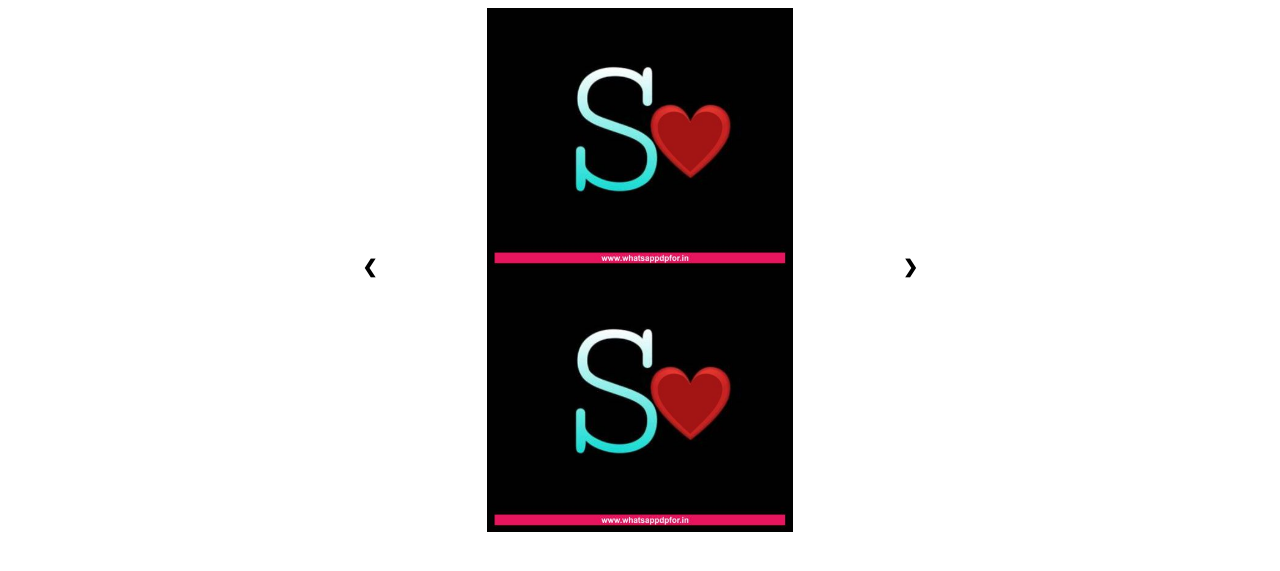
Repository: SAYYODTURINALIYEV/sassasa
Page: slider.html
The author's editor kept a copy of each file at every save. The page is drawn from the files as they stood at one save, then again after the next save.
The browser window is 1280 px wide. The pictures show the whole page.

Above is the page before, as saved 2022-05-19 16:26:19.

### slider.html
<!DOCTYPE html>
<html lang="en">

<head>
    <meta charset="UTF-8">
    <meta http-equiv="X-UA-Compatible" content="IE=edge">
    <meta name="viewport" content="width=device-width, initial-scale=1.0">
    <title>Slider.uz</title>
    <link rel="stylesheet" href="slider.css">
</head>

<body>

    <div class="images-slideshow">
        <div class="imageSlides fade">
            <img src="images/s1.jpg">
            <img src="images/s1.jpg">
        </div>
        <div class="imageSlides fade">
            <img src="images/s2.jpg">
        </div>

        <a class="slider-btn previous" onclick="setSlides(-1)">❮</a>
        <a class="slider-btn next" onclick="setSlides(1)">❯</a>
    </div>


    <script src="slider.js"></script>
</body>

</html>

### slider.css
.imageSlides {
    display: none
}

img {
    margin: auto;
    display: block;
    width: 50%;
}

.images-slideshow {
    max-width: 612px;
    position: relative;
    margin: auto;
}

.slider-btn {
    cursor: pointer;
    position: absolute;
    top: 50%;
    width: auto;
    padding: 8px 16px;
    margin-top: -22px;
    color: rgb(0, 0, 0);
    font-weight: bold;
    font-size: 18px;
    transition: 0.6s ease;
    border-radius: 0 3px 3px 0;
    user-select: none;
    border-radius: 50%;
}

.previous {
    left: 2%;
}

.next {
    right: 2%;
}

### slider.js
var currentIndex = 1;
displaySlides(currentIndex);

function displaySlides(num) {
    var x;
    var slides = document.getElementsByClassName("imageSlides");
    if (num > slides.length) { currentIndex = 1 }
    if (num < 1) { currentIndex = slides.length }
    for (x = 0; x < slides.length; x++) {
        slides[x].style.display = "none";
    }
    slides[currentIndex - 1].style.display = "block";
}

function setSlides(num) {
    displaySlides(currentIndex += num);
}

After the next save:
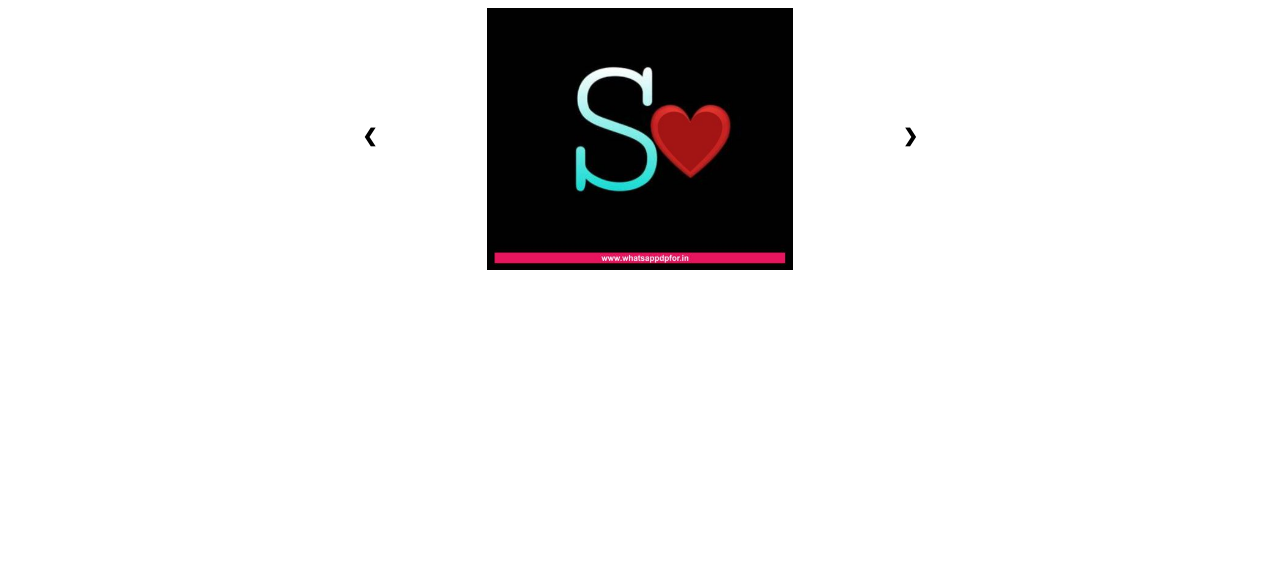
Saved 5 s later.
--- a/slider.html
+++ b/slider.html
@@ -14,12 +14,13 @@
     <div class="images-slideshow">
         <div class="imageSlides fade">
             <img src="images/s1.jpg">
-            <img src="images/s1.jpg">
         </div>
         <div class="imageSlides fade">
             <img src="images/s2.jpg">
         </div>
-
+        <div class="imageSlides fade">
+            <img src="images/s3.jpg">
+        </div>
         <a class="slider-btn previous" onclick="setSlides(-1)">❮</a>
         <a class="slider-btn next" onclick="setSlides(1)">❯</a>
     </div>

After the 2 saves that followed:
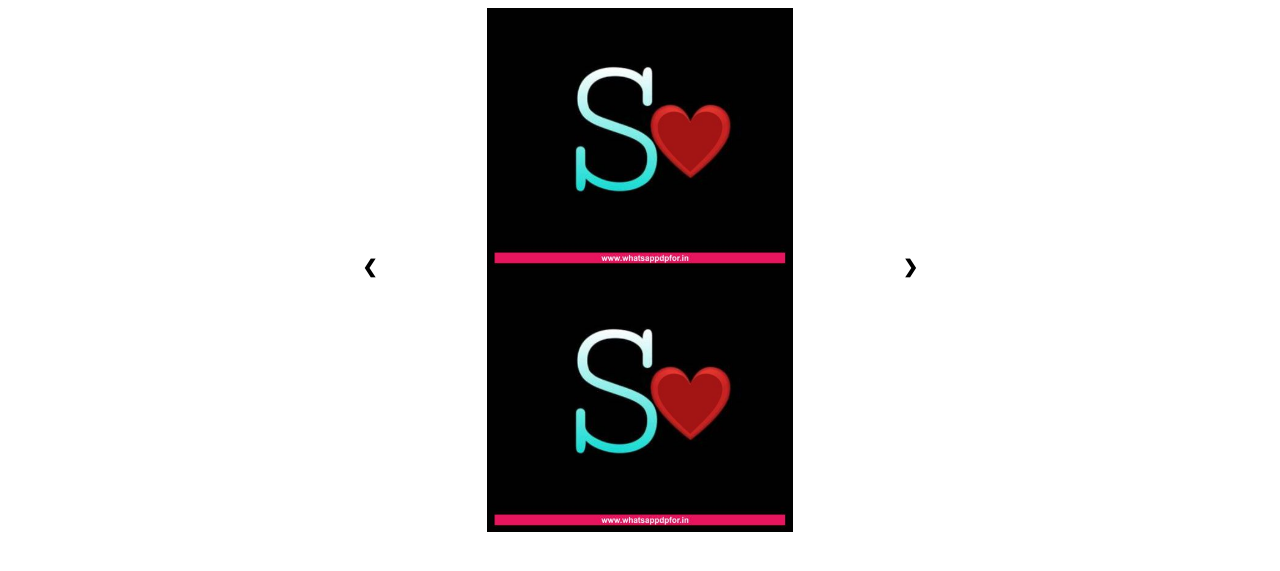
The 2 saves are shown as one change because they came seconds apart.
The last was saved 13 s later.
--- a/slider.html
+++ b/slider.html
@@ -14,10 +14,9 @@
     <div class="images-slideshow">
         <div class="imageSlides fade">
             <img src="images/s1.jpg">
+            <img src="images/s1.jpg">
         </div>
-        <div class="imageSlides fade">
-            <img src="images/s2.jpg">
-        </div>
+
         <div class="imageSlides fade">
             <img src="images/s3.jpg">
         </div>
